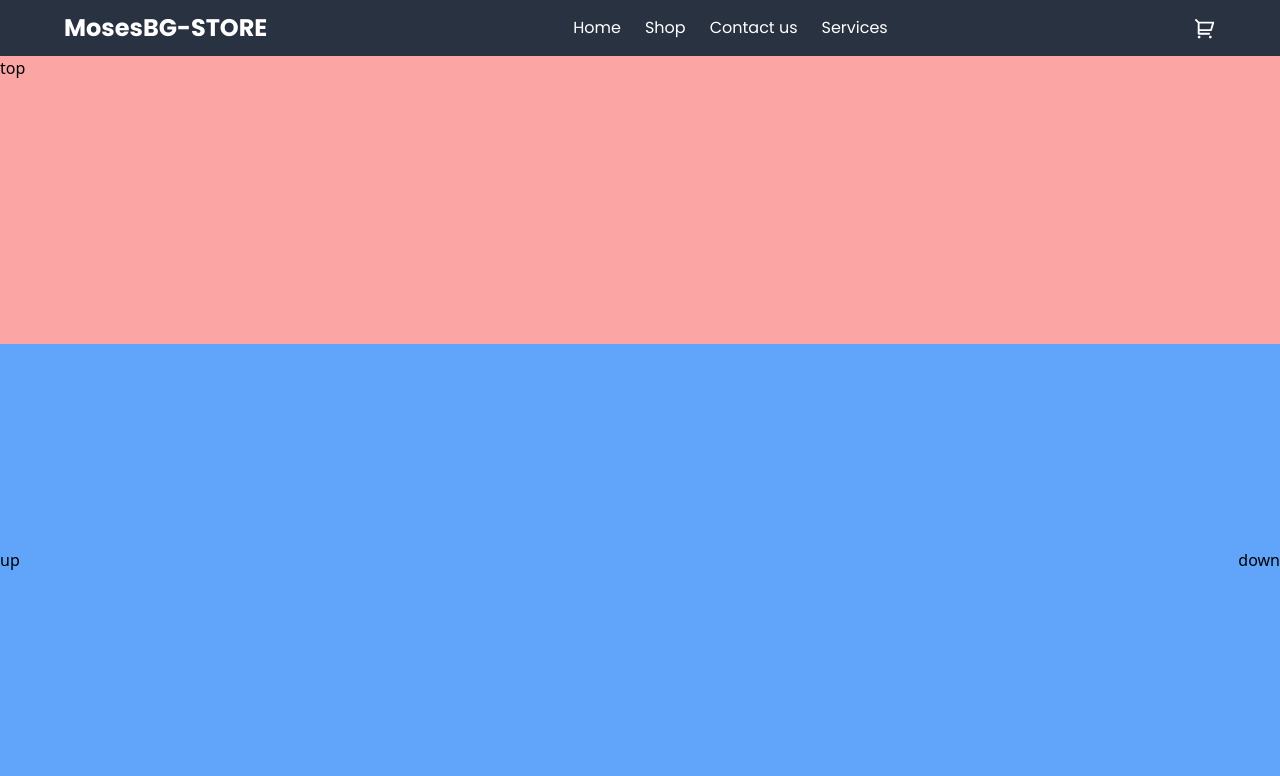
Repository: moshebengan/cart
Page: /fake-store/contact-us
These files come from the project's save history. The page is drawn as it stood at one moment and after the next save; the edit follows.
The browser window is 1280 px wide. The pictures show the whole page.
The project was rebuilt for these pictures with package versions that can differ from the ones it lists, and the page was loaded fresh each time. Also part of the build but not shown: vite.config.js, src/components/Error.jsx, src/utils/data.js, src/utils/apiCalls.js, src/components/Loading.jsx, src/components/Products.jsx, src/components/Footer.jsx, src/pages/HomePage.jsx and 5 more.

Above is the page before, as saved 2024-09-15 15:18:30.

### index.html
<!DOCTYPE html>
<html lang="en">
  <head>
    <meta charset="UTF-8" />
    <link rel="icon" type="image/svg+xml" href="/vite.svg" />
    <meta name="viewport" content="width=device-width, initial-scale=1.0" />
    <link rel="preconnect" href="https://fonts.googleapis.com" />
    <link rel="preconnect" href="https://fonts.gstatic.com" crossorigin />
    <link
      href="https://fonts.googleapis.com/css2?family=Poppins:ital,wght@0,100;0,200;0,300;0,400;0,500;0,600;0,700;0,800;0,900;1,100;1,200;1,300;1,400;1,500;1,600;1,700;1,800;1,900&display=swap"
      rel="stylesheet"
    />
    <title>MosesBG-SHOP</title>
  </head>
  <body>
    <div id="root"></div>
    <script type="module" src="/src/main.jsx"></script>
  </body>
</html>

### src/main.jsx
import { StrictMode } from 'react'
import { createRoot } from 'react-dom/client'

import './index.css'
import { createBrowserRouter, RouterProvider } from 'react-router-dom'
import routes from './routes.jsx'

const router = createBrowserRouter(routes)

createRoot(document.getElementById('root')).render(
  <StrictMode>
    <RouterProvider router={router} />
  </StrictMode>,
)

### src/index.css
@tailwind base;
@tailwind components;
@tailwind utilities;

body,
html {
  height: 100%;
  width: 100%;
}

.container {
  width: 90%;
  margin: auto;
}

### src/routes.jsx
import Error from "./components/Error";
import ContactUs from "./pages/ContactUs";
import HomePage from "./pages/HomePage";
import MyCart from "./pages/MyCart";
import NavigationBar from "./pages/NavigationBar";
import ShopPage from "./pages/ShopPage";


const routes = [
	{
		path: '/fake-store',
		element: <NavigationBar />,
		children: [
			{
				path:"home",
				element:<HomePage/>,
				errorElement: <Error/>
			},
			{ 	path: 'shop',
				 	element: <ShopPage />,
					errorElement: <Error/>

			},
			{
				path: 'cart',
				element: <MyCart />,
				errorElement: <Error/>
			},
			{
				path:'contact-us',
				element: <ContactUs/>,
				errorElement: <Error />
			}
		]

	},

];

export default routes

### src/pages/ContactUs.jsx


const ContactUs = () => {
  return (
    <div className="w-full h-screen flex flex-col">
      <div className="w-full h-[40%] bg-red-300">top</div>
      <div className="w-full h-[60%] bg-blue-400 relative flex flex-row justify-between items-center">
        <span>up</span>
        <span>down</span>
        {/* <div className="absolute -top-10 left-10 bg-yellow-300 flex-initial w-64">left</div>
        <div className="absolute -top-10 right-10 bg-pink-400 flex-initial w-32 ">right</div> */}
      </div>
    </div>
  )
}

export default ContactUs

### src/pages/NavigationBar.jsx
import { useState } from "react";
import { Link, Outlet } from "react-router-dom";
import { IoMdMenu, IoMdClose } from "react-icons/io";
import Cart from "../components/Cart";

const NavigationBar = () => {
  const [isOpen, setIsOpen] = useState(false);
  const [cartItems, setCartItems] = useState(0);

  const openNav = () => {
    setIsOpen(!isOpen);
  };

  const resetNav = () => {
    if (isOpen) setIsOpen(!isOpen);
  };

  return (
    <>
      <div className="w-full bg-dark-blue font-poppins">
        <div className="container">
          <nav className="py-3 flex justify-between items-center text-white">
            <h1 className="font-bold text-2xl">MosesBG-STORE</h1>
            <div className="hidden md:flex gap-6">
              <Link to={"/fake-store/home"}>Home</Link>
              <Link to={"/fake-store/shop"}>Shop</Link>
              <Link to={"/fake-store/contact-us"}>Contact us</Link>
              <Link>Services</Link>
            </div>
            <div className="flex flex-row items-center gap-5">
              <Cart resetNav={resetNav} items={cartItems} />
              <div className="z-50 md:hidden">
                <button className="flex items-center">
                  {isOpen ? (
                    <IoMdClose className="p1" onClick={openNav} />
                  ) : (
                    <IoMdMenu className="p1" onClick={openNav} />
                  )}
                </button>
              </div>
            </div>
          </nav>
          <div
            className={`container text-dark-blue ${
              isOpen ? "block" : "hidden"
            } `}
          >
            <div className="z-40 fixed top-0 left-0 bottom-0 w-full bg-dark-blu opacity-35"></div>
            <nav className="z-50 fixed top-0 left-0 bottom-0 flex flex-col gap-10 w-5/6 max-w-sm py-6 px-6 bg-[#F8F8F8] overflow-y-auto">
              <div>
                <h1 className="font-bold text-3xl">MosesBG-SHOP</h1>
                <hr className="h-px mt-3 bg-gray-200 border-0" />
              </div>
              <div className="flex flex-col gap-5">
                <Link
                  to={"/fake-store"}
                  className="nav-item-hover"
                  onClick={resetNav}
                >
                  Home
                </Link>
                <Link
                  to={"/fake-store/shop"}
                  className="nav-item-hover"
                  onClick={resetNav}
                >
                  Shop
                </Link>
                <Link className="nav-item-hover">Contact Us</Link>
                <Link className="nav-item-hover">Services</Link>
                <hr className="h-px mt-3 bg-gray-200 border-0" />
              </div>
            </nav>
          </div>
        </div>
      </div>
      <div className="h-screen w-auto">
        <Outlet context={[cartItems, setCartItems]} />
      </div>
    </>
  );
};

export default NavigationBar;

### src/components/Cart.jsx
import { RiShoppingCart2Line } from "react-icons/ri";
import { Link } from "react-router-dom";

const Cart = ({ resetNav, items }) => {
  return (
    <Link to={"/fake-store/cart"} onClick={resetNav}>
      <div className="relative">
        <RiShoppingCart2Line size={"1.4em"} />
        <span className="absolute text-xs bg-orange-500 p-0.3 px-1 text-red-50 rounded-full -top-1.5 left-4">
          {items > 0 ? items : ""}
        </span>
      </div>
    </Link>
  );
};

export default Cart;

### tailwind.config.js
/** @type {import('tailwindcss').Config} */
export default {
  content: [
    "./index.html",
    "./src/**/*.{js,ts,jsx,tsx}",
  ],
  theme: {
    fontFamily: {
      poppins: ["Poppins", "sans-serif"]
    },
    extend: {
      backgroundImage: {
        "homepage-image": "url('/public/bghomepage.jpg')",
        "homepage-darker": "url('/public/darkerbg.jpg')"
      },
      colors: {
      "dark-blue": "#293241"
    },
    keyframes: {
      'fade-in-out': {
        '0%': { opacity: '0', transform: 'scale(0.95)' },
        '100%': { opacity: '1', transform: 'scale(1)' },
      },
    },
    animation: {
      'fade-in-out': 'fade-in-out 0.5s ease-in-out', // Customize duration and easing
    },
  }
  },
  plugins: [],
}

After the next save:
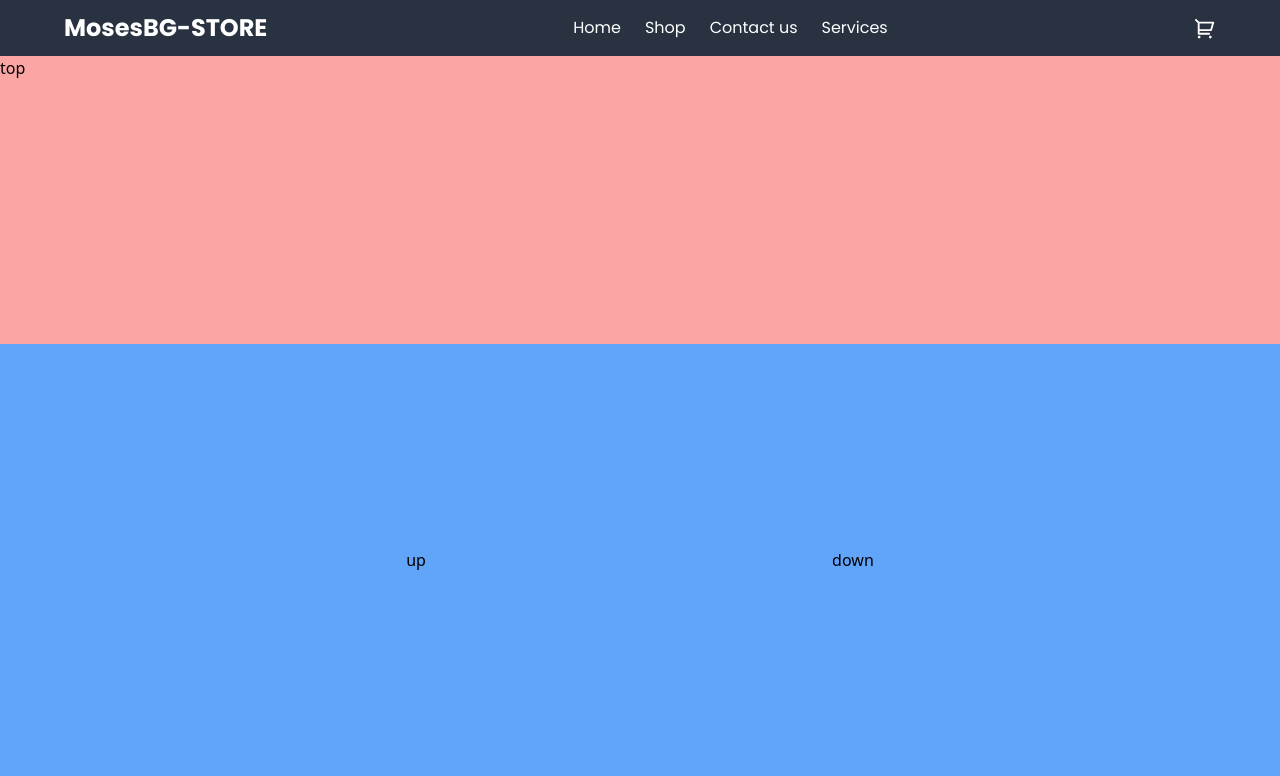
Saved 5 s later.
--- a/src/pages/ContactUs.jsx
+++ b/src/pages/ContactUs.jsx
@@ -4,7 +4,7 @@ const ContactUs = () => {
   return (
     <div className="w-full h-screen flex flex-col">
       <div className="w-full h-[40%] bg-red-300">top</div>
-      <div className="w-full h-[60%] bg-blue-400 relative flex flex-row justify-between items-center">
+      <div className="w-full h-[60%] bg-blue-400 relative flex flex-row justify-evenly items-center">
         <span>up</span>
         <span>down</span>
         {/* <div className="absolute -top-10 left-10 bg-yellow-300 flex-initial w-64">left</div>
